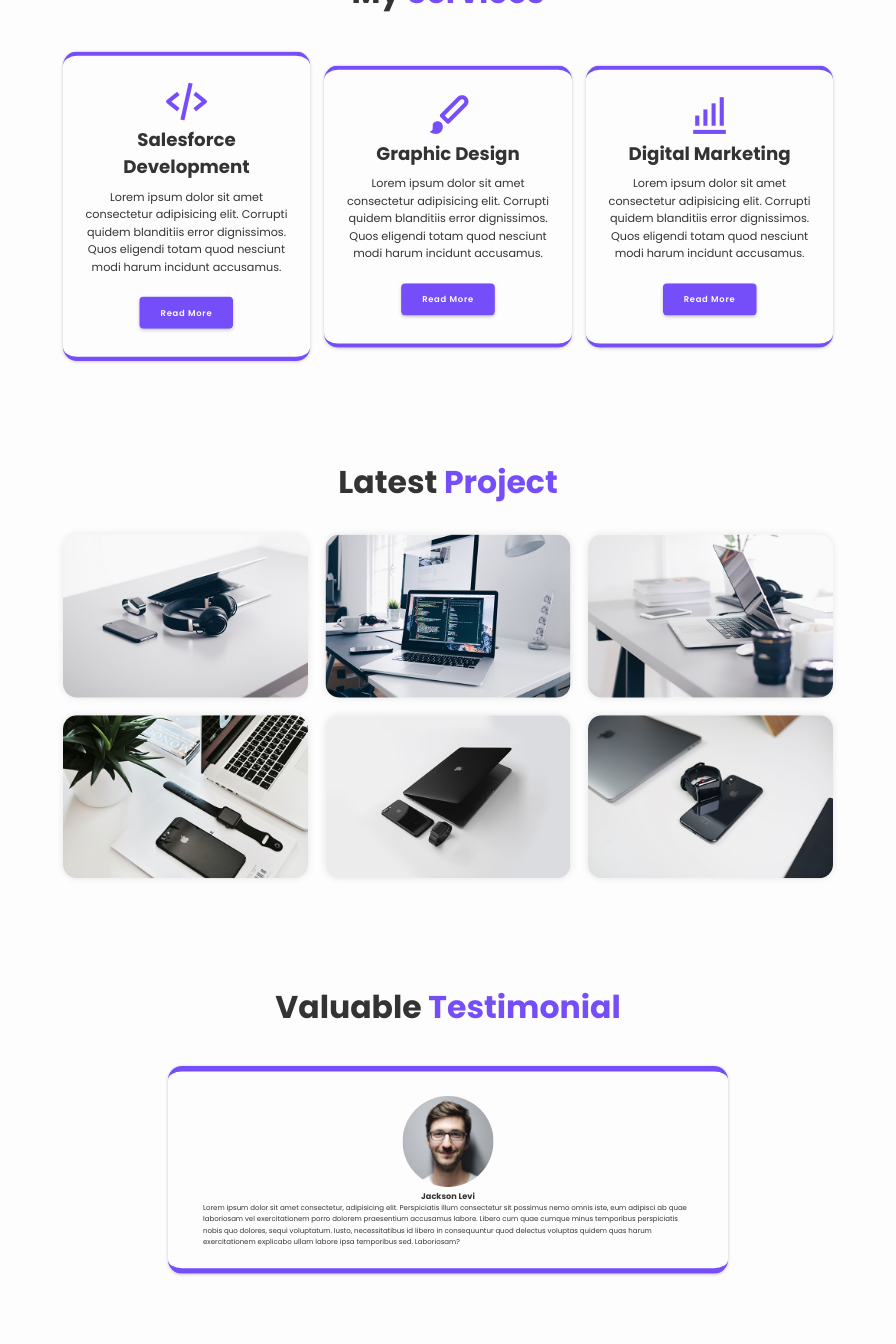
Repository: Gabi-Augusto/Portfolio
Page: index.html
An editor plug-in stored every save of this project. The page is shown before and after the next save, followed by the edit.
The browser window is 1280 px wide. The pictures show the part of the page from y = 1554 to 3474 px (the page is 3474 px tall), at 70% of full size.

Above is the page before, as saved 2023-11-29 19:50:49.

After the next save:
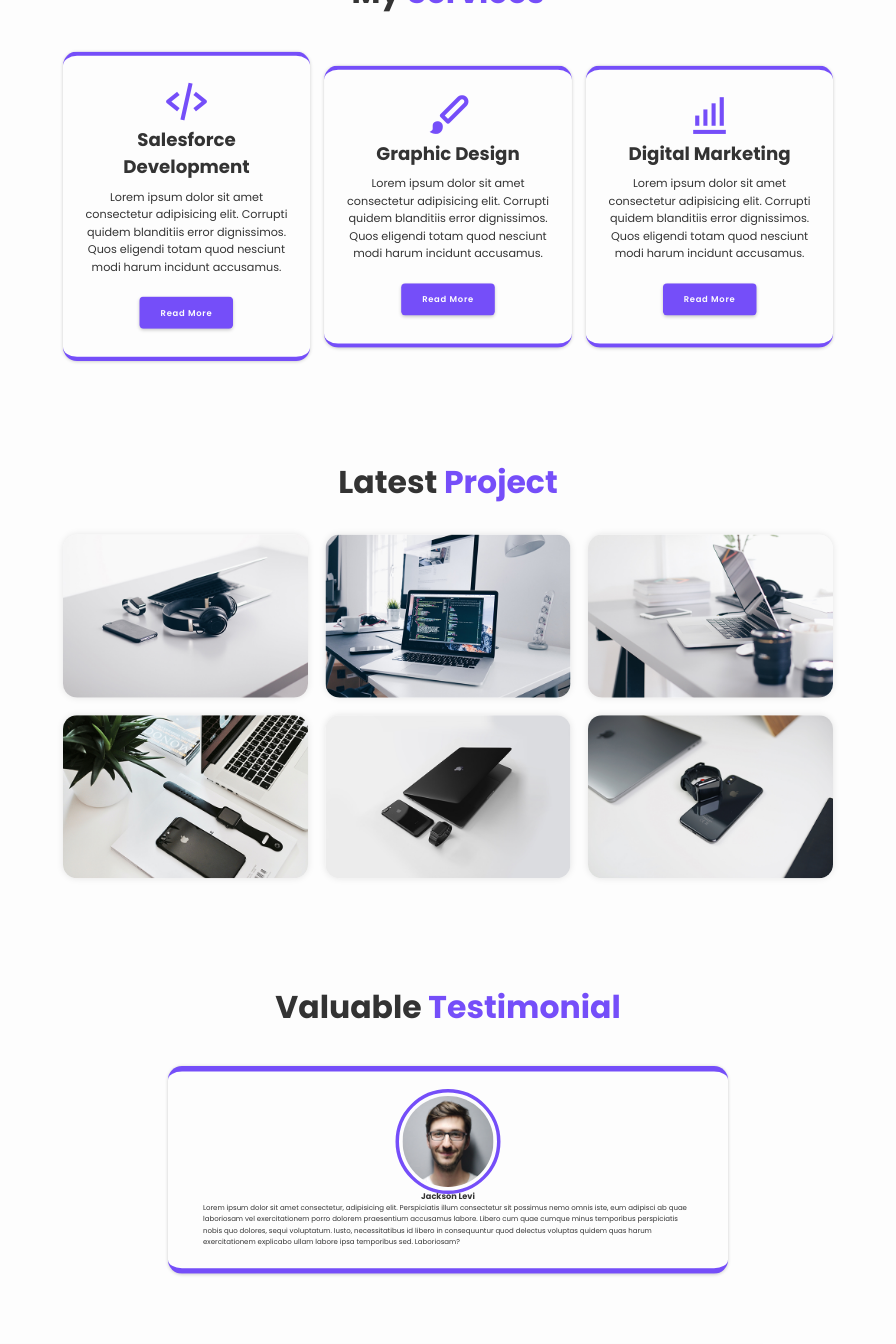
Saved 41 s later.
--- a/css/style.css
+++ b/css/style.css
@@ -449,4 +449,5 @@ span {
     object-fit: cover;
     border-radius: 50%;
     border: .5rem solid var(--bg-color);
-}
+    outline: .5rem solid var(--main-color);
+}
